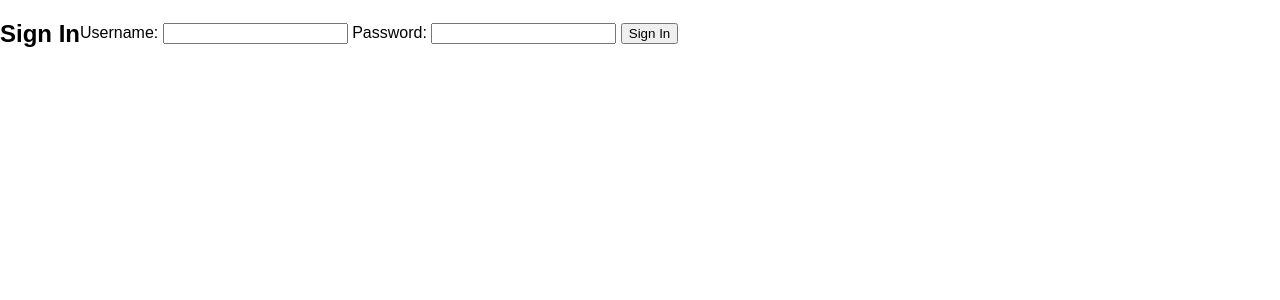
Repository: Ibrahim-Abohola/BookStore
Page: signin.html
An editor plug-in stored every save of this project. The page is shown before and after the next save, followed by the edit.
The browser window is 1280 px wide. The pictures show the whole page.

Above is the page before, as saved 2025-07-15 20:28:11.

### signin.html
<!DOCTYPE html>
<html lang="en">
    <head>
    <meta charset="UTF-8">
    <meta name="viewport" content="width=device-width, initial-scale=1.0">
    <link rel="stylesheet" href="styles.css">
    <title>Sign In</title>
    </head>
    <body>
        <div class="container">
            <h2>Sign In</h2>
        <form action="#">
            <label for="username">Username:</label>
            <input type="text" id="username" name="username" required>
            <label for="password">Password:</label>
            <input type="password" id="password" name="password" required>
            <button type="submit">Sign In</button>
        </form>
        </div>
    </body>
</html>

### styles.css
.container {
    display: flex;
    flex-wrap: wrap;
    align-items: center;
}
 .container > div {
    background-color: aqua;
    font-size: 20px;
    margin: 20px;
    padding: 20px;
    width: 200px;
}
body {
  font-family: sans-serif;
  margin: 0;
  padding: 0;
}
nav ul {
  display: flex;
  list-style: none;
  background: #333;
  padding: 10px;
}
nav ul li a {
  color: white;
  margin: 0 10px;
  text-decoration: none;
}
.hero {
  background: url('images/banner.jpg') center/cover;
  color: white;
  padding: 40px;
  text-align: center;
}
.catalog {
  display: flex;
  flex-wrap: wrap;
  gap: 20px;
  padding: 20px;
}
.book {
  border: 1px solid #ccc;
  padding: 10px;
  width: calc(33.333% - 40px);
}
footer {
  margin-top: 40px;
  padding: 10px;
  background: #f1f1f1;
  text-align: center;
}

After the next save:
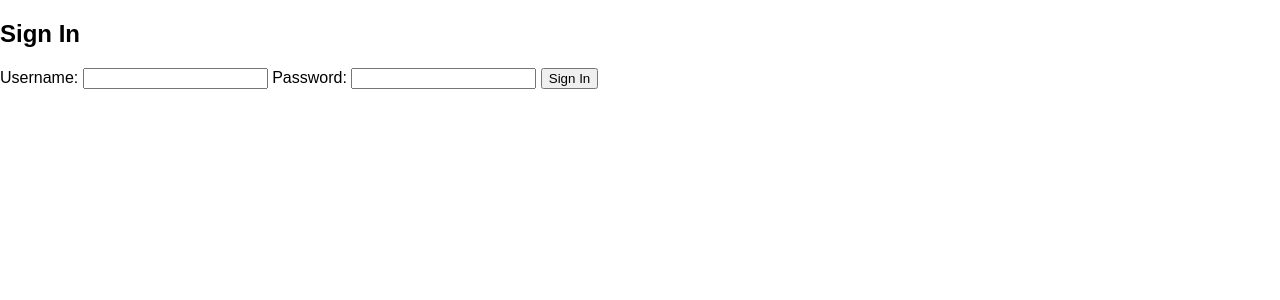
Saved 8 s later.
--- a/styles.css
+++ b/styles.css
@@ -1,15 +1,4 @@
-.container {
-    display: flex;
-    flex-wrap: wrap;
-    align-items: center;
-}
- .container > div {
-    background-color: aqua;
-    font-size: 20px;
-    margin: 20px;
-    padding: 20px;
-    width: 200px;
-}
+
 body {
   font-family: sans-serif;
   margin: 0;

After the 3 saves that followed:
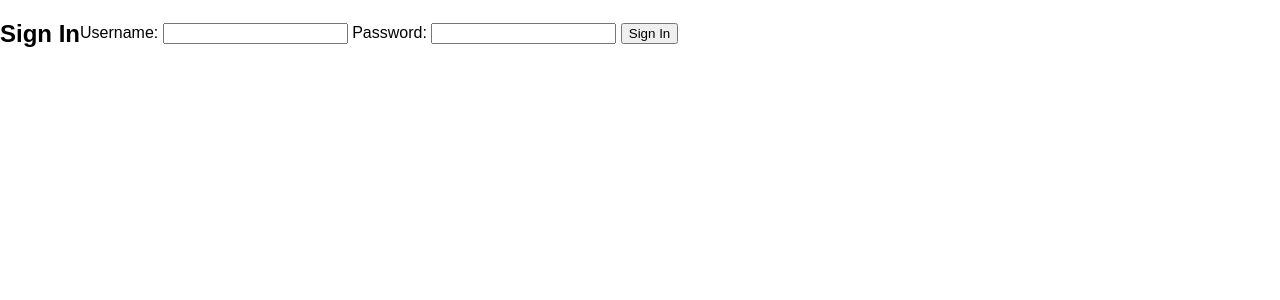
The 3 saves are shown as one change because they came seconds apart.
The last was saved 11 s later.
--- a/styles.css
+++ b/styles.css
@@ -3,6 +3,18 @@
   font-family: sans-serif;
   margin: 0;
   padding: 0;
+}
+.container {
+    display: flex;
+    flex-wrap: wrap;
+    align-items: center;
+}
+ .container > div {
+    background-color: aqua;
+    font-size: 20px;
+    margin: 20px;
+    padding: 20px;
+    width: 200px;
 }
 nav ul {
   display: flex;
